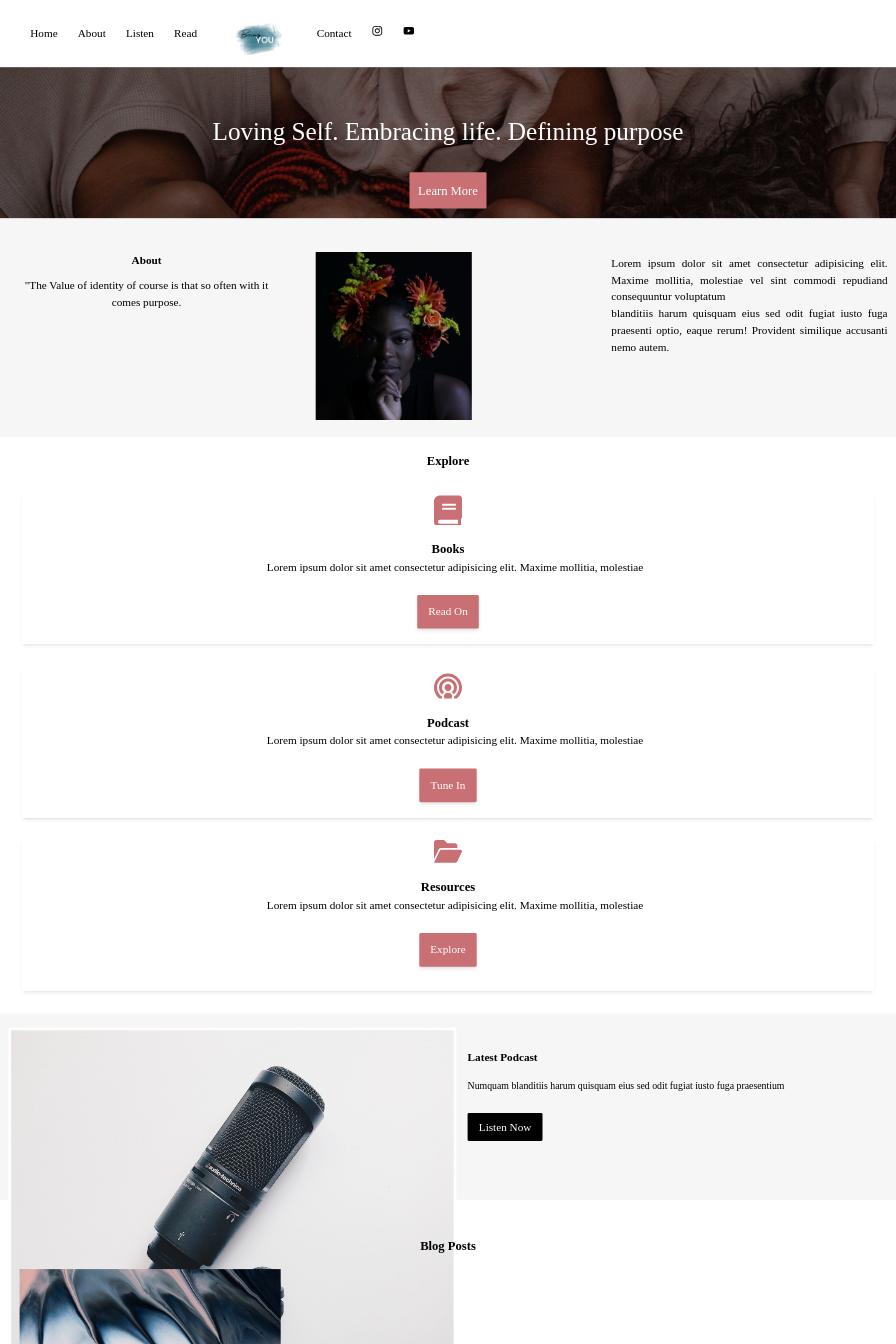
Repository: BrightonMboya/being-you
Page: /
An editor plug-in stored every save of this project. The page is shown before and after the next save, followed by the edit.
The browser window is 1280 px wide. The pictures show the part of the page from y = 0 to 1920 px (the page is 2948 px tall), at 70% of full size.
The project was rebuilt for these pictures with package versions that can differ from the ones it lists, and the page was loaded fresh each time.

Above is the page before, as saved 2022-05-29 10:33:41.

After the next save:
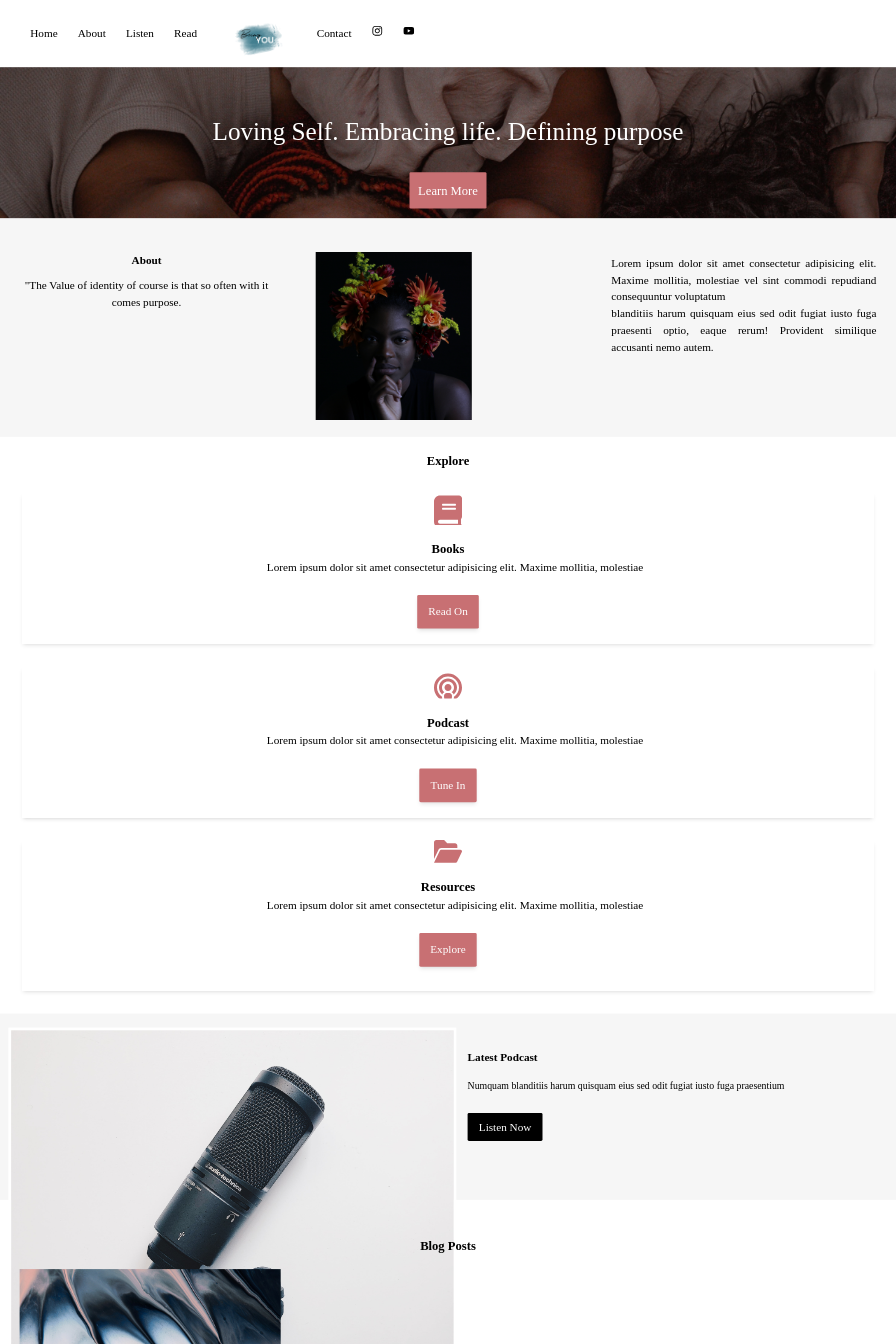
Saved 15 s later.
--- a/src/Components/About/About.jsx
+++ b/src/Components/About/About.jsx
@@ -15,7 +15,7 @@ const About = () => {
         <div>
           <img src={about} alt="" className="mt-6 px-[10vh] h-60 md:px-5" />
         </div>
-        <p className="text-center px-3 text-sm mt-7 md:text-base text-justify">
+        <p className="text-center px-3 text-sm mt-7 md:text-base text-justify mr-4">
           Lorem ipsum dolor sit amet consectetur adipisicing elit. Maxime
           mollitia, molestiae vel sint commodi repudiand consequuntur voluptatum
           <br />
